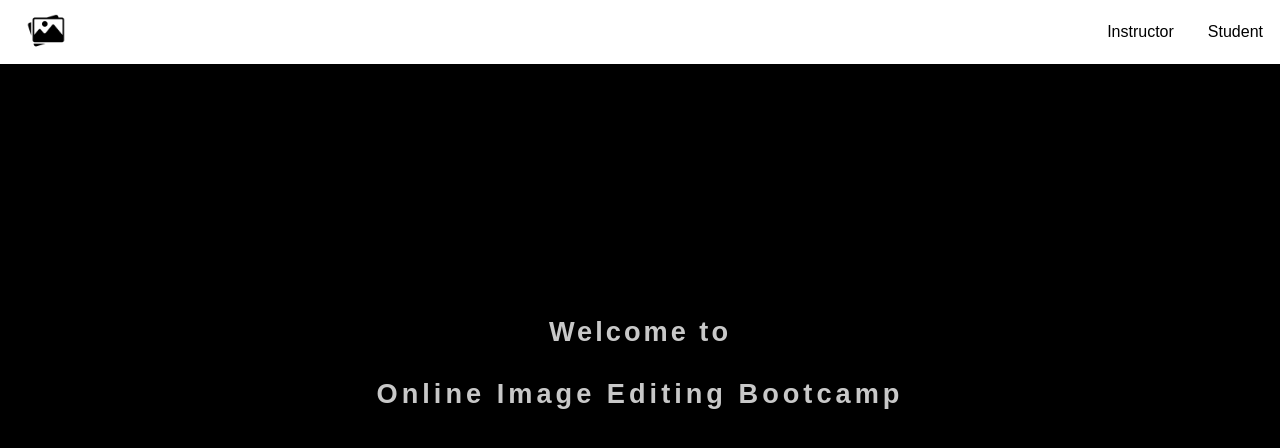
Repository: TanviSanyal/ImageEditingBootcamp
Page: /
An editor plug-in stored every save of this project. The page is shown before and after the next save, followed by the edit.
The browser window is 1280 px wide. The pictures show the whole page.
The project was rebuilt for these pictures with package versions that can differ from the ones it lists, and the page was loaded fresh each time. Also part of the build but not shown: src/shared/components/navigation/SideDrawer.css, src/shared/components/UIElements/Backdrop.css, src/shared/components/UIElements/Backdrop.js.

Above is the page before, as saved 2020-09-27 00:44:33.

After the next save:
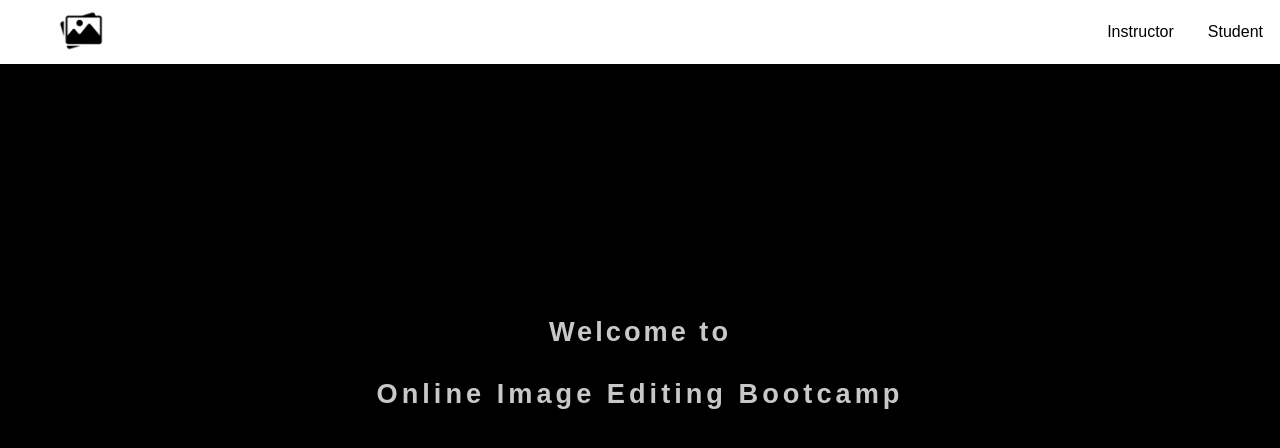
Saved 43 s later.
--- a/src/shared/components/navigation/MainNavigation.css
+++ b/src/shared/components/navigation/MainNavigation.css
@@ -21,7 +21,7 @@
   .main-navigation__header-nav {
     display: none;
   }
-  .main-navigation_logo{
+  .main-navigation__logo{
     margin-left: 2rem;
   }
 
